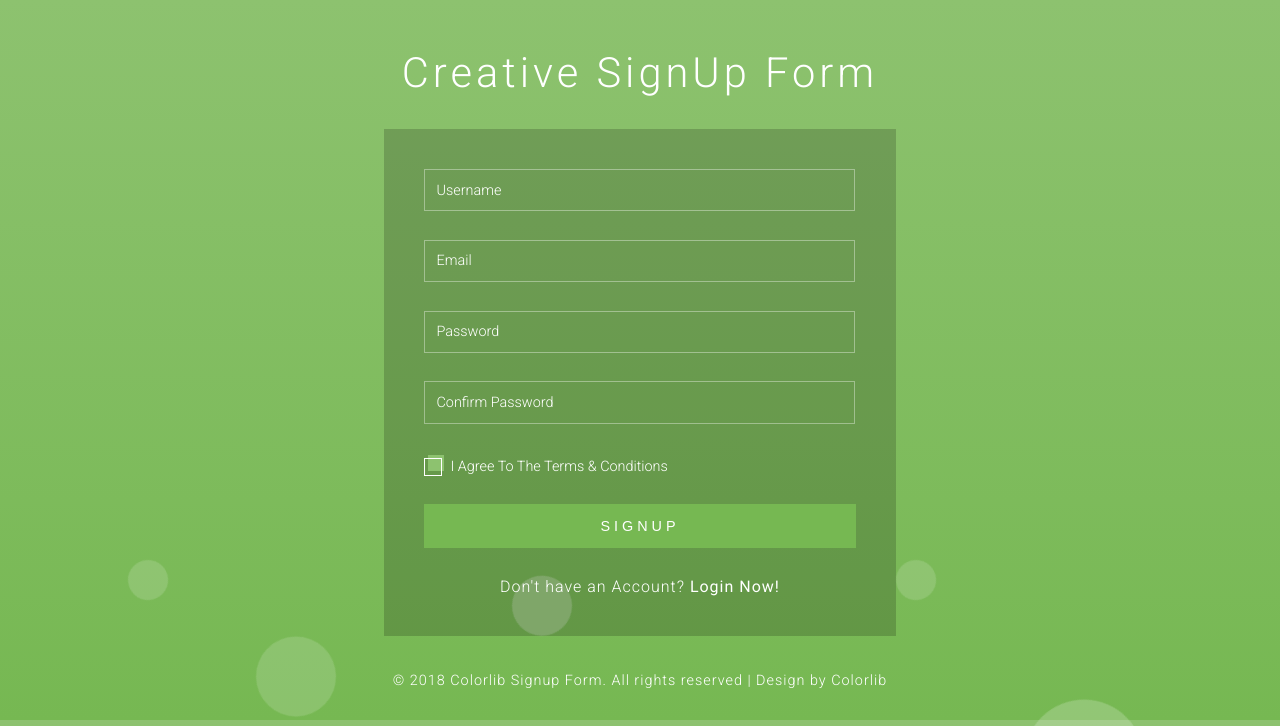
Repository: sagnik938/JSP-JSTL-and-Hibernate
Page: EmpRegForm/src/main/webapp/index.html
An editor plug-in stored every save of this project. The page is shown before and after the next save, followed by the edit.
The browser window is 1280 px wide. The pictures show the whole page.
Backgrounds fixed to the window are drawn as part of the page.

Above is the page before, as saved 2023-02-09 06:24:12.

After the next save:
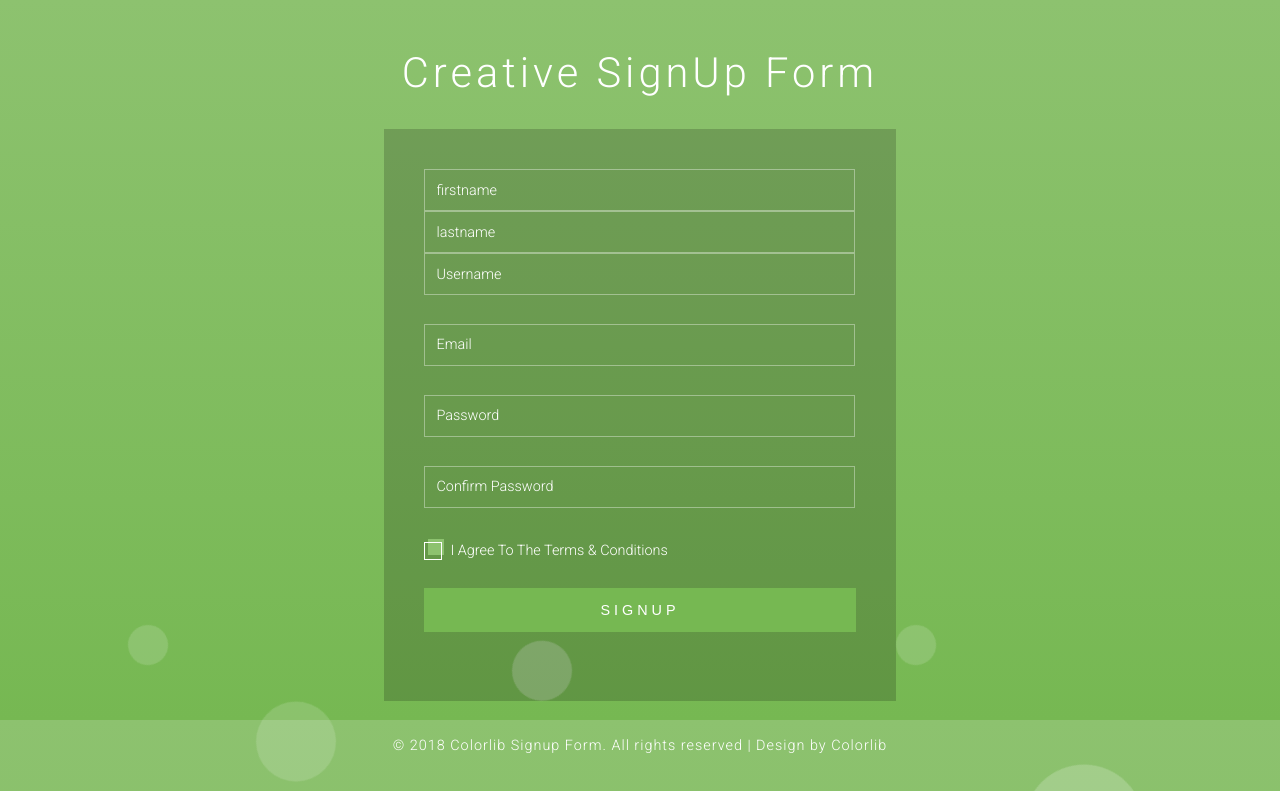
Saved 7 min 20 s later.
--- a/EmpRegForm/src/main/webapp/index.html
+++ b/EmpRegForm/src/main/webapp/index.html
@@ -19,6 +19,8 @@
     <div class="main-agileinfo">
       <div class="agileits-top">
         <form action="#" method="post">
+          <input class="text" type="text" name="firstname" placeholder="firstname" required="">
+          <input class="text" type="text" name="lasttname" placeholder="lastname" required="">
           <input class="text" type="text" name="Username" placeholder="Username" required="">
           <input class="text email" type="email" name="email" placeholder="Email" required="">
           <input class="text" type="password" name="password" placeholder="Password" required="">
@@ -32,7 +34,6 @@
           </div>
           <input type="submit" value="SIGNUP">
         </form>
-        <p>Don't have an Account? <a href="#"> Login Now!</a></p>
       </div>
     </div>
     <!-- copyright -->
